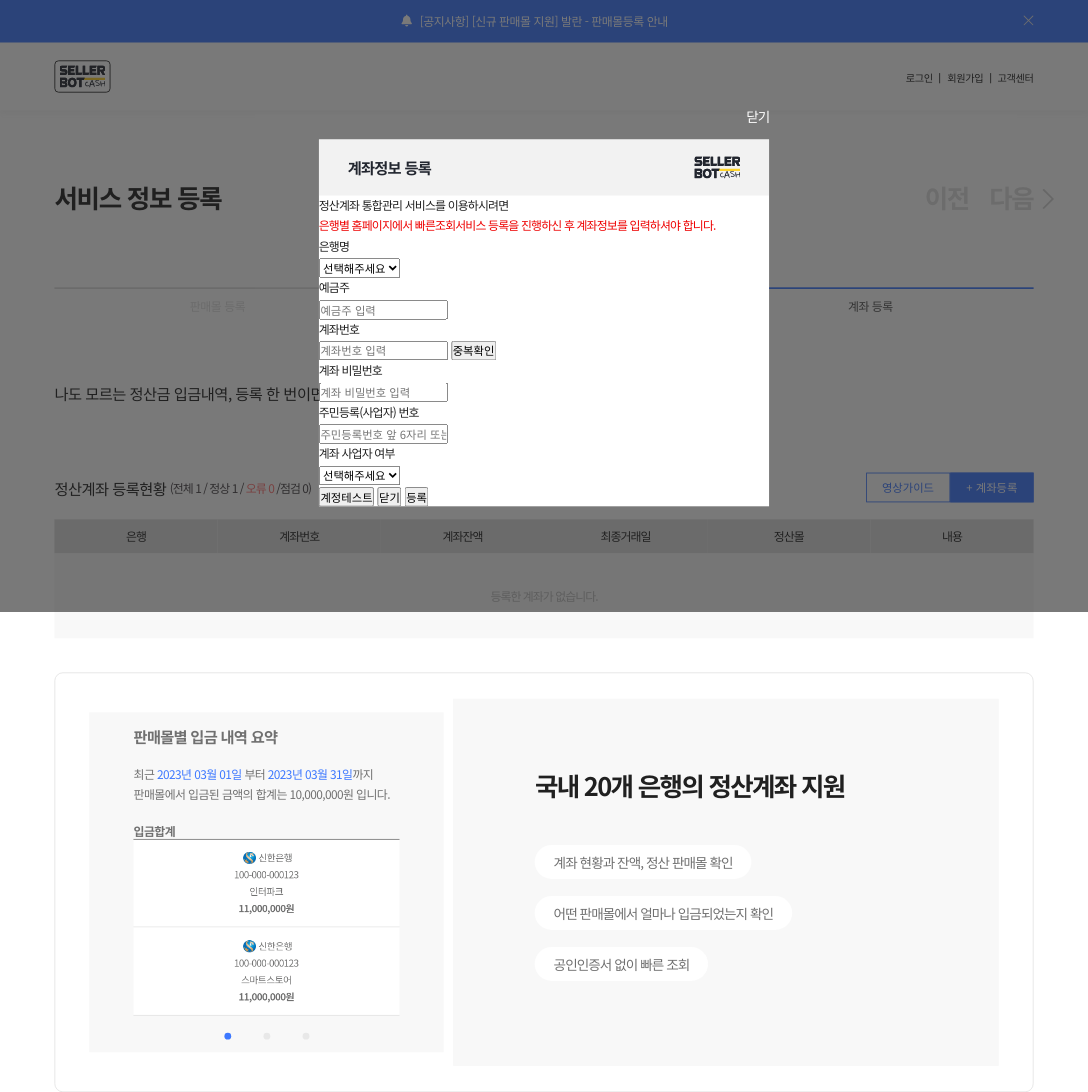
Repository: elemapfelr/ownServer
Page: test-server/web/sellerbot_signup/step_07.html
The author's editor kept a copy of each file at every save. The page is drawn from the files as they stood at one save, then again after the next save.
The browser window is 1280 px wide. The pictures show the whole page, at 85% of full size.
After loading, the first visible `#regAcc` was clicked once.
Some web libraries are served in a nearby version. The style sheet was rebuilt from its Sass, Less or Tailwind sources for each picture, by a compiler version that may differ from the author's.

Above is the page before, as saved 2023-03-15 10:57:49.

After the next save:
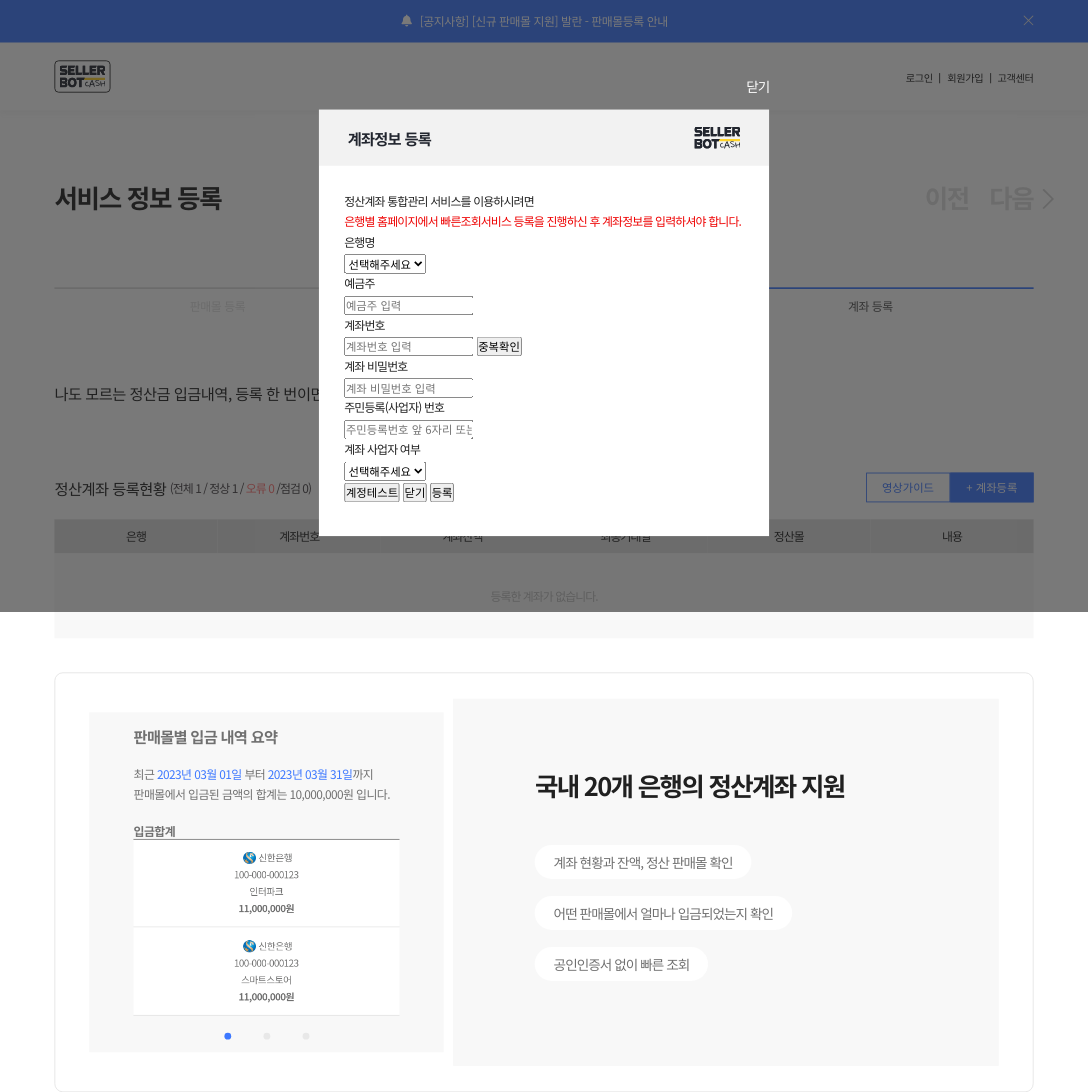
Saved 18 s later.
--- a/test-server/web/sellerbot_signup/css/scss/step_07.scss
+++ b/test-server/web/sellerbot_signup/css/scss/step_07.scss
@@ -229,6 +229,7 @@
             }
         }
         .body{
+            padding: 30px 30px 40px 30px;
             p{
                 font-size: 14px;
                 line-height: 1.71;
